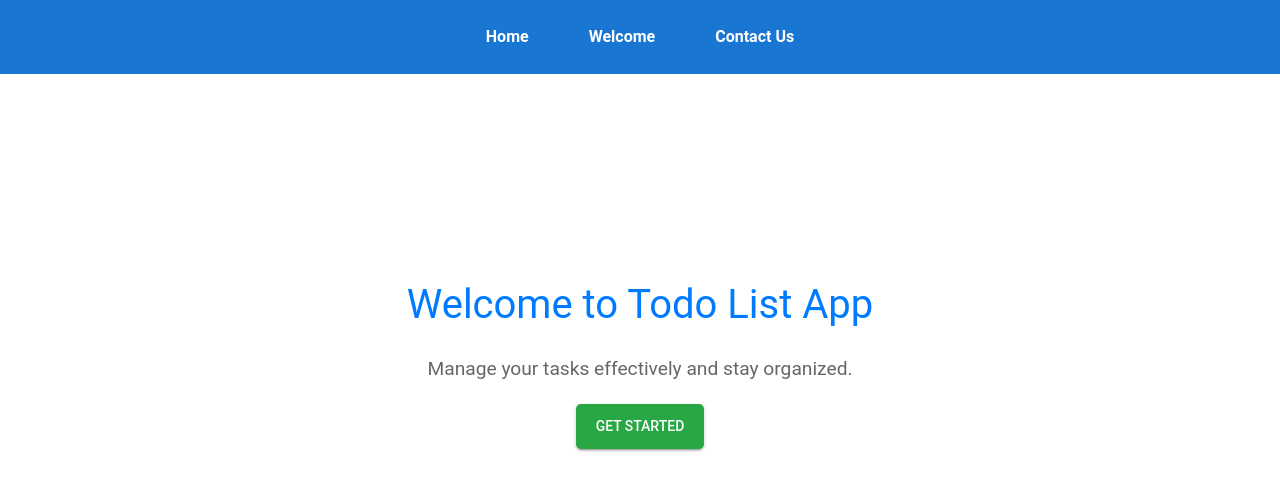
Repository: HPNChanel/Todo-List-Web-App
Page: /welcome (app in frontend/todolist/)
These files come from the project's save history. The page is drawn as it stood at one moment and after the next save; the edit follows.
The browser window is 1280 px wide. The pictures show the whole page.
The page's requests for data from a server got no answer. The project was rebuilt for these pictures with package versions that can differ from the ones it lists, and the page was loaded fresh each time. No one was signed in, and anything a server would have sent is missing. Also part of the build but not shown: frontend/todolist/src/hooks/useTasks.js, frontend/todolist/src/styles/TaskItem.css, frontend/todolist/src/components/TaskItem.js, frontend/todolist/src/styles/TaskForm.css, frontend/todolist/src/components/TaskForm.js, frontend/todolist/src/styles/TaskList.css, frontend/todolist/src/components/TaskList.js. Imported but missing from the stored project, and not drawn on this page: frontend/todolist/src/components/ContactUs.

Above is the page before, as saved 2024-11-05 09:28:40.

After the next save:
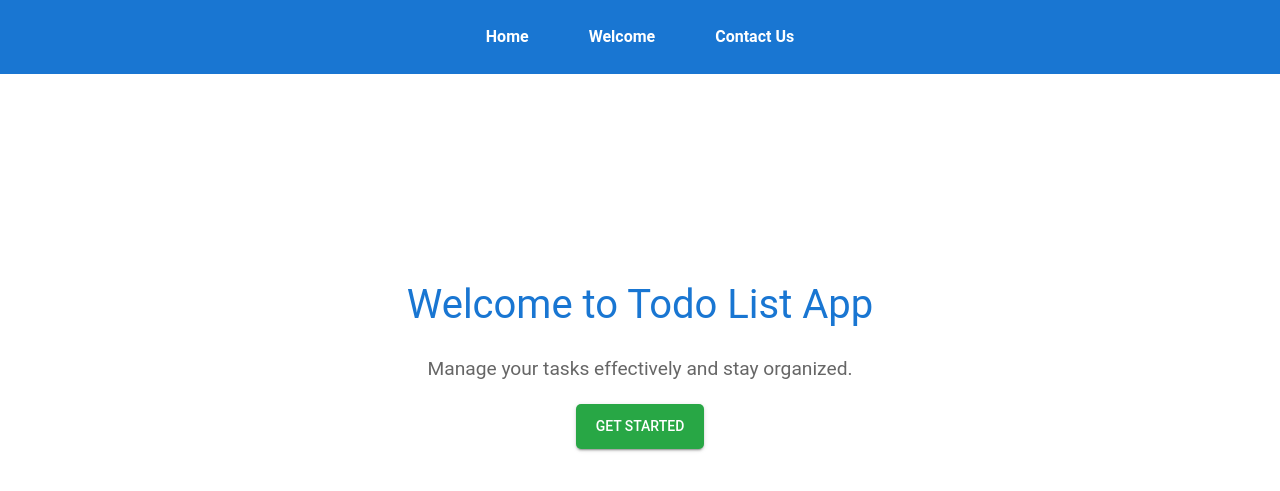
Saved 13 s later.
--- a/frontend/todolist/src/styles/WelcomePage.css
+++ b/frontend/todolist/src/styles/WelcomePage.css
@@ -9,7 +9,7 @@
 
 .welcome-page h1 {
   font-size: 2.5em;
-  color: #007bff;
+  color: #1976d2;
   margin-bottom: 20px;
 }
 
@@ -17,6 +17,7 @@
   font-size: 1.2em;
   color: #666;
   max-width: 600px;
+  margin-bottom: 20px;
 }
 
 .welcome-page .get-started-btn {
@@ -26,7 +27,7 @@
   border: none;
   border-radius: 5px;
   cursor: pointer;
-  margin-top: 20px;
+  transition: background-color 0.3s ease;
 }
 
 .welcome-page .get-started-btn:hover {
